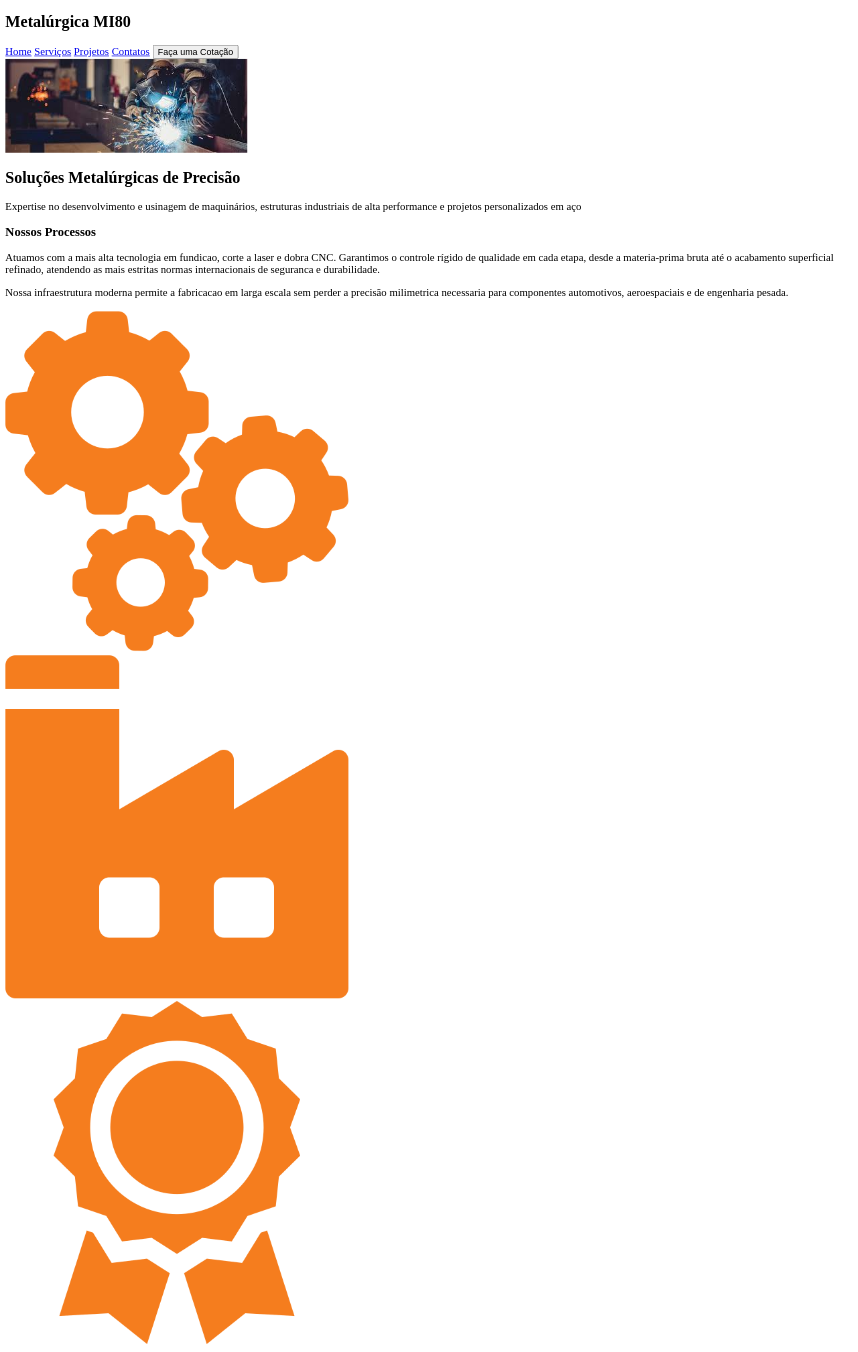
Repository: guiCherpinski/landing-page-metalurgica
Page: index.html
The author's editor kept a copy of each file at every save. The page is drawn from the files as they stood at one save, then again after the next save.
The browser window is 1280 px wide. The pictures show the whole page, at 67% of full size.

Above is the page before, as saved 2026-06-03 18:59:08.

After the next save:
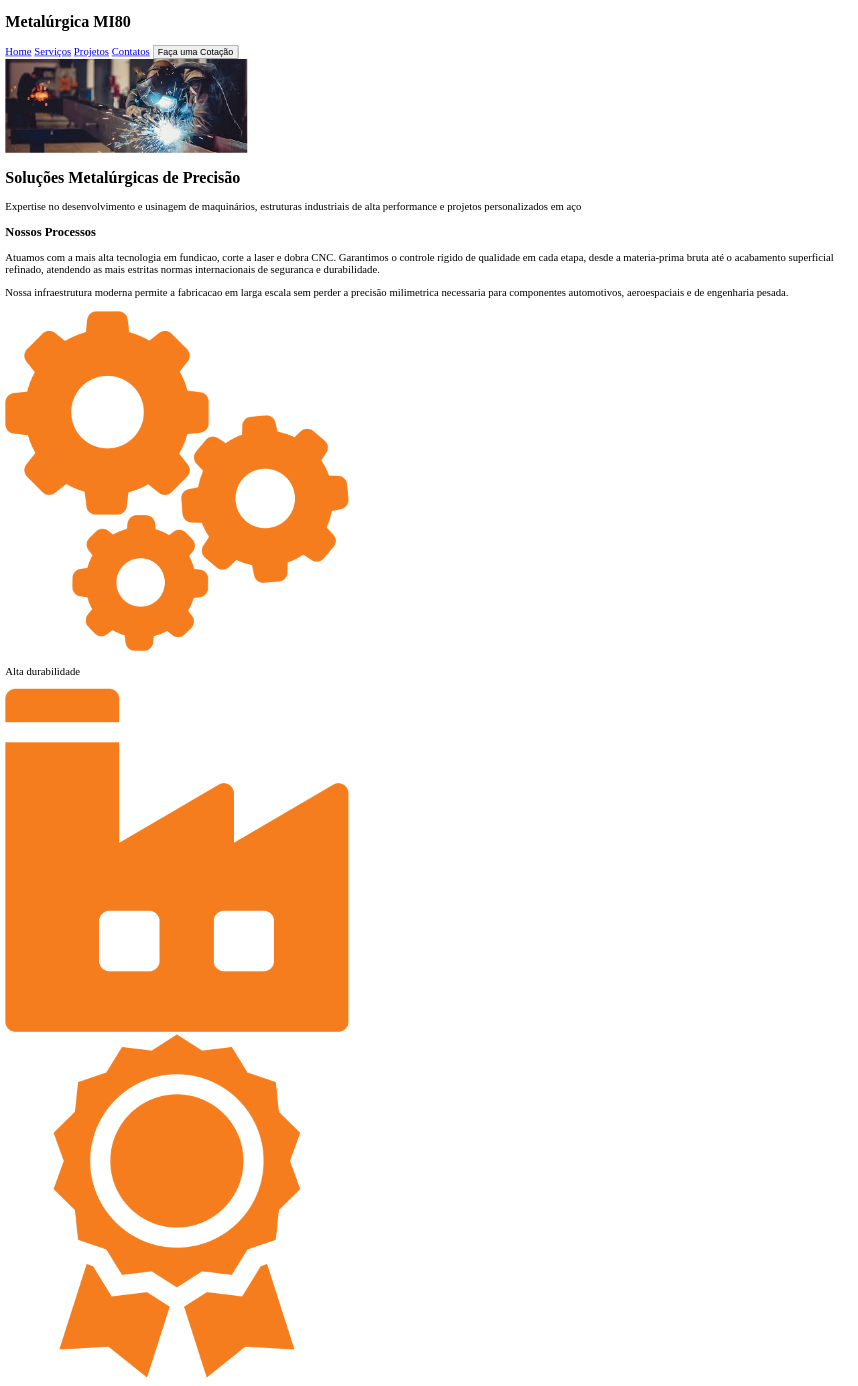
Saved 15 s later.
--- a/index.html
+++ b/index.html
@@ -46,6 +46,7 @@
 
         <article class = "article-benefits">
             <img src="./img/settings-gears.png" alt="Icone de engrenagens">
+            <p>Alta durabilidade</p>
         </article>
 
         <article class = "article-process">
